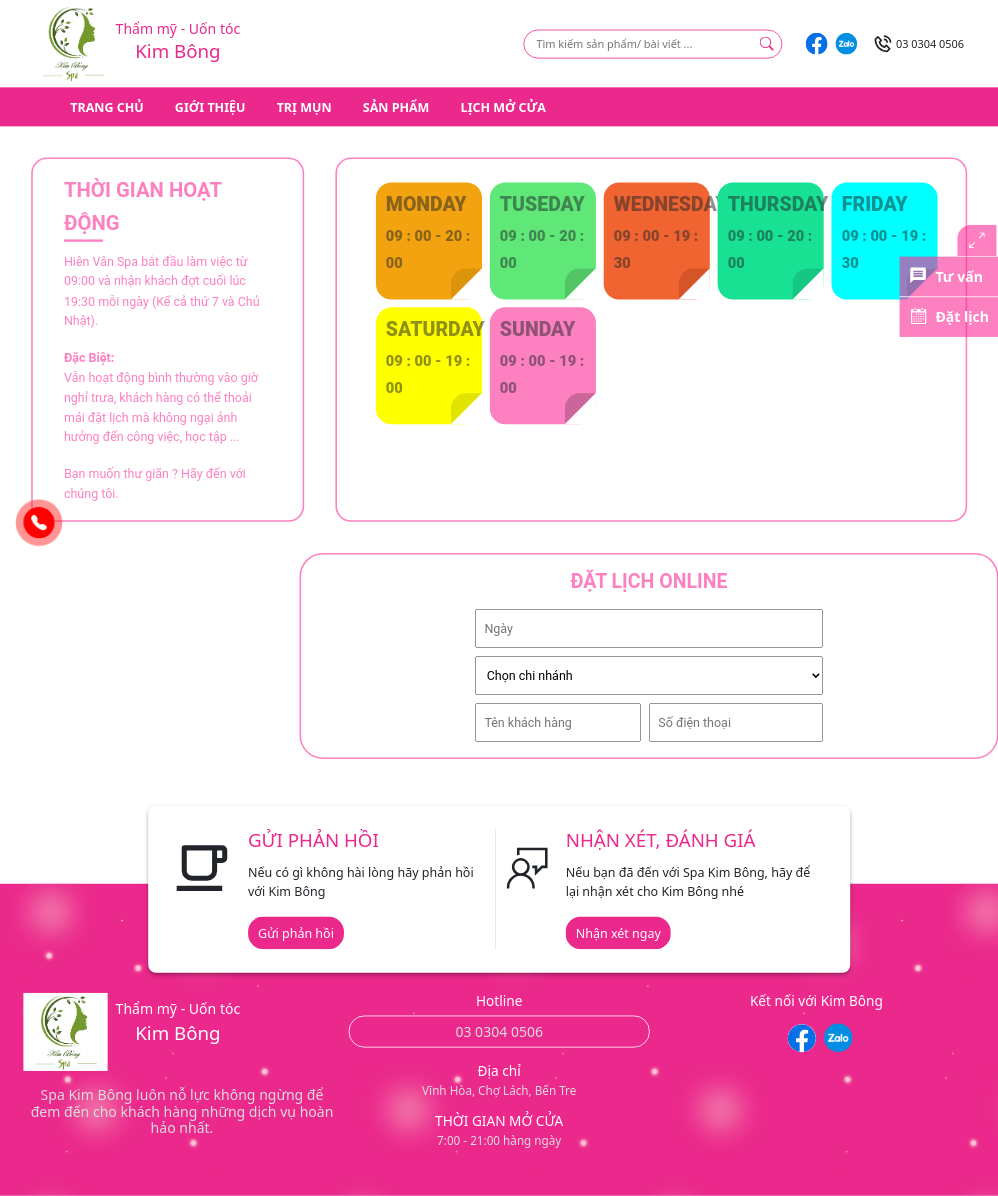
Repository: tranduykhuong/SpaKimBong
Page: /calendar
These files come from the project's save history. The page is drawn as it stood at one moment and after the next save; the edit follows.
The browser window is 1280 px wide. The pictures show the whole page, at 78% of full size.
The project was rebuilt for these pictures with package versions that can differ from the ones it lists, and the page was loaded fresh each time. Also part of the build but not shown: src/components/Banner/banner.scss, src/components/Banner/Banner.js, src/pages/Home/home.scss, src/pages/Home/ListImage/listImage.scss, src/pages/Home/ListImage/ListImage.js, src/pages/Home/BookOnline/bookOnl.scss, src/pages/Home/BookOnline/Modal/ModalBook/modalbook.scss, src/pages/Home/BookOnline/Modal/ModalBook/modalbook.js and 24 more.

Above is the page before, as saved 2022-06-07 23:05:07.

### src/components/BackToTop/BackToTop.js
import React, { useEffect, useState } from "react";
import "./backToTop.scss";
import { FaRegArrowAltCircleUp } from "react-icons/fa";

const BackToTop = () => {
  const [clicked, setClick] = useState(true);
  const [hiddenArrow, setHiddenArrow] = useState(true);

  useEffect(() => {
    const handleScroll = () => {
      if (window.scrollY > 550) setHiddenArrow(false);
      else setHiddenArrow(true);
    };
    window.addEventListener("scroll", handleScroll);
    return () => {
      window.removeEventListener("scroll", handleScroll);
    };
  }, []);

  useEffect(() => {
    window.scrollTo(0, 0);
  }, [clicked]);

  return (
    <div
      className={"backToTop " + (hiddenArrow ? "" : "show")}
      onClick={() => setClick((prev) => !prev)}
    >
      <FaRegArrowAltCircleUp className="icon" />
    </div>
  );
};

export default BackToTop;

### src/components/PhoneTool/PhoneTool.js
import React from "react";
import "./phoneTool.scss";
import { BsFillTelephoneFill } from "react-icons/bs";

const PhoneTool = () => {
  return (
    <div className="phoneTool">
      <div className="phone">
        <BsFillTelephoneFill className="iconPhone" />
      </div>
      <div className="circle"></div>
    </div>
  );
};

export default PhoneTool;

### src/components/Header/header.scss
@import '../../SCSS/base/variables.scss';
$height-navbar: 5rem;

.header {
    .mg-navbar {
        margin-bottom: $height-navbar;
    }

    .infor {
        max-width: 1200px;
        padding: .6rem 0;
        display: flex;
        justify-content: space-between;
        margin: 0 auto;

        .logo {
            display: flex;
            flex: 1;

            img {
                height: 10rem;
            }

            .nameSpa {
                color: $main-color;
                margin: auto 0;

                h4 {
                    font-size: 1.8rem;
                    font-weight: 500;
                }

                h2 {
                    font-size: 2.4rem;
                }
            }
        }


        .search {
            margin: auto 0;
            border-radius: 50px;
            border: solid .1rem $main-color;
            height: 37px;
            display: flex;

            input {
                font-size: 1.4rem;
                margin: auto 16px;
                min-width: 26rem;
                border: none;
                outline: none;
            }

            .icon {
                margin: auto 10px;
                cursor: pointer;
            }

            .iconSearch {
                width: 1.8rem;
                height: 1.8rem;
                color: $main-color;

                &:hover {
                    color: #f867b2;
                }
            }
        }

        .contact {
            display: flex;
            margin-left: 20px;

            .icon {
                margin: auto 0;
                margin-left: 10px;

            }

            .iconFacebook {
                width: 2.8rem;
                height: 2.8rem;
                color: rgba($color: #0570e6, $alpha: 1.0);
            }

            .iconZalo {
                width: 2.8rem;
                height: 2.8rem;
                border-radius: 50%;
            }

            .phone {
                margin: auto 0;
                margin-left: 20px;
                display: flex;

                .iconPhone {
                    width: 2.6rem;
                    height: 2.6rem;
                }

                h3 {
                    font-size: 1.4rem;
                    font-weight: 500;
                    margin: auto 4px;
                }
            }

        }
    }

    .fixedNavbar {
        position: fixed;
        top: 0;
        left: 0;
        z-index: 50;
        width: 100%;
        animation: fixedNavbar 1s forwards;
    }

    @keyframes fixedNavbar {
        from {
            top: -5rem;
            opacity: 0;
        }

        to {
            top: 0;
            opacity: 1;
        }
    }

    .myNavbar {
        height: $height-navbar;
        background-color: $main-color;

        .navbarContent {
            max-width: 1200px;
            margin: 0 auto;

            .navbarList {
                display: flex;
                margin: 0 1rem;
                // justify-content: space-evenly;

                li {
                    list-style: none;

                    a {
                        line-height: $height-navbar;
                        height: $height-navbar;
                        display: block;
                        color: #fff;
                        font-size: 1.6rem;
                        font-weight: 600;
                        text-decoration: none;
                        padding: 0 2rem;
                    }

                    &:hover {
                        background-color: #f844a1;
                        cursor: pointer;
                    }
                }

                .active {
                    background-color: #dd0876;
                }
            }
        }
    }
}

### src/components/ContactToolbox/contactToolbox.scss
.contactFixed {
    position: fixed;
    top: 50%;
    transform: translateY(-50%);
    right: 0;
    z-index: 100;
    cursor: pointer;

    .toolboxScroll {
        border-top-left-radius: 1.8rem;
        background-color: rgba($color: #fc2c97, $alpha: 0.6);
        width: 5rem;
        padding: 1rem;
        color: #fff;
        transform: translateX(149%);
        border-bottom: 1px solid #fff;

        .iconArrow {
            width: 2rem;
            height: 2rem;
        }
    }

    .toolboxList {
        background-color: rgba($color: #fc2c97, $alpha: 0.6);


        .toolboxItem {
            display: flex;
            padding: 1.2rem;
            color: #fff;

            p {
                font-size: 1.8rem;
                margin: 0;
                padding-left: 1rem;
                font-weight: 600;
            }
        }

        .advise {
            border-bottom: 1px solid #fff;

            .iconMessage {
                width: 2.4rem;
                height: 2.4rem;
            }
        }

        .book {

            .iconCalendar {
                width: 2.4rem;
                height: 2.4rem;
            }
        }
    }

    .hidden {
        animation: toRight 0.8s linear forwards;
    }

    .open {
        animation: toLeft 0.8s linear backwards;
    }

    @keyframes toRight {
        to {
            transform: translateX(62%);
        }
    }

    @keyframes toLeft {
        from {
            transform: translateX(62%);

        }

        to {
            transform: translateX(0);
        }
    }
}

### src/components/BackToTop/backToTop.scss
.backToTop {
    position: fixed;
    bottom: 2rem;
    right: 2rem;
    z-index: 100;
    display: none;

    .icon {
        width: 4rem;
        height: 4rem;
        color: #fa72b8;
        cursor: pointer;
    }
}

.show {
    animation: FadeIn 0.8s forwards;
    display: block;

    @keyframes FadeIn {
        from {
            bottom: 0;
        }

        to {
            bottom: 2rem;
        }
    }
}

### src/components/PhoneTool/phoneTool.scss
.phoneTool {
    position: fixed;
    width: 6rem;
    height: 6rem;
    left: 1rem;
    border-radius: 50%;
    bottom: 3rem;
    z-index: 100;
    cursor: pointer;

    .phone {
        position: absolute;
        z-index: 5;
        top: 34%;
        left: 34%;
        background-color: red;
        padding: 1rem;
        border-radius: 50%;
        animation: phoneSkin 1s infinite ease-in-out;

        .iconPhone {
            height: 2rem;
            width: 2rem;
            color: #fff;

        }

        @keyframes phoneSkin {
            0% {
                transform: rotate(0) scale(1) skew(1deg);
            }

            10% {
                transform: rotate(-25deg) scale(1) skew(1deg);
            }

            20% {
                transform: rotate(25deg) scale(1) skew(1deg);
            }

            30% {
                transform: rotate(-25deg) scale(1) skew(1deg);
            }

            40% {
                transform: rotate(25deg) scale(1) skew(1deg);
            }

            50% {
                transform: rotate(0) scale(1) skew(1deg);
            }

            100% {
                transform: rotate(0) scale(1) skew(1deg);
            }
        }
    }

    .circle {
        position: absolute;
        width: 6rem;
        height: 6rem;
        border-radius: 50%;
        top: 16%;
        left: 16%;
        background-color: rgba($color: rgb(255, 42, 42), $alpha: 0.5);
        animation: zoom 1s infinite;

        @keyframes zoom {
            0% {
                transform: scale(0.9);
            }

            70% {
                transform: scale(1);
                box-shadow: 0 0 0 15px transparent;
            }

            100% {
                transform: scale(0.9);
                box-shadow: 0 0 0 0 transparent;
            }
        }
    }
}

### src/pages/Calendar/calendar.scss
.container-calendar {
  .container-bg-calendar {
    .calendar {
      display: flex;
      width: 100%;
      text-align: left;
      padding: 4rem;
      font-family: "Roboto", sans-serif;

      .calendar-content {
        width: 30%;
        border: solid 2px #fd80c1;
        // border-bottom-left-radius: 20px;
        // border-top-left-radius: 20px;
        // border-top-right-radius: 20px;
        border-radius: 20px;
        padding: 2rem 4rem 0;
        margin-right: 4rem;
        h3 {
          margin: 0 0 13px;
          color: #fd80c1;
          font-size: 26px;
          font-weight: bold;
          line-height: 1.6;
        }

        h3:after {
          content: "";
          display: block;
          width: 5rem;
          height: 0.25rem;
          background: #fd80c1;
        }

        #special {
          color: #fd80c1;
          font-size: 16px;
          line-height: 1.6;
          margin-bottom: 0;
        }

        p {
          margin: 0 0 21px;
          color: #fd80c1;
          font-size: 16px;
          line-height: 1.6;
        }
      }

      .calendar-boxs-day {
        width: 70%;
        border: solid 2px #fd80c1;
        border-radius: 20px;
        padding: 3rem 0 2rem 5rem;

        .calendar-boxs {
          display: flex;
          width: 100%;
          flex-wrap: wrap;

          .calendar-box {
            margin: 0 1rem 1rem 0;
            width: 18%;
            height: 15rem;
            // border: solid 2px #fd80c1;
            // border-bottom-right-radius: 2rem;

            // margin: 10px;
            // width: 300px;
            // height: 200px;
            background-color: #eee;
            border-radius: 20px;
            position: relative;

            p {
              font: 40px "Roboto", sans-serif;
              font-weight: 600;
              opacity: 0.5;
              padding-left: 1.3rem;
              margin-bottom: 0;
            }
          }
          .box1 {
            background-color: rgb(243, 163, 15);

            .times {
              font: 30px "Roboto", sans-serif;
              font-weight: 600;
              opacity: 0.5;
              padding-left: 1.3rem;
              margin-bottom: 0;
            }
          }
          .box1:before {
            content: "";
            position: absolute;
            bottom: 0;
            right: 0;
            border-top: 4rem solid rgb(221, 148, 13);
            border-right: 4rem solid transparent;
            border-left: 0 solid transparent;
            border-top-left-radius: 20px;
          }
          .box1:after {
            content: "";
            position: absolute;
            bottom: 0;
            right: 0;
            border-bottom: 4rem solid white;
            border-left: 4rem solid transparent;
          }

          .box2 {
            background-color: rgb(95, 231, 120);

            .times {
              font: 30px "Roboto", sans-serif;
              font-weight: 600;
              opacity: 0.5;
              padding-left: 1.3rem;
              margin-bottom: 0;
            }
          }
          .box2:before {
            content: "";
            position: absolute;
            bottom: 0;
            right: 0;
            border-top: 4rem solid rgb(82, 198, 103);
            border-right: 4rem solid transparent;
            border-left: 0 solid transparent;
            border-top-left-radius: 20px;
          }
          .box2:after {
            content: "";
            position: absolute;
            bottom: 0;
            right: 0;
            border-bottom: 4rem solid white;
            border-left: 4rem solid transparent;
          }

          .box3 {
            background-color: rgb(240, 100, 49);

            .times {
              font: 30px "Roboto", sans-serif;
              font-weight: 600;
              opacity: 0.5;
              padding-left: 1.3rem;
              margin-bottom: 0;
            }
          }
          .box3:before {
            content: "";
            position: absolute;
            bottom: 0;
            right: 0;
            border-top: 4rem solid rgb(212, 86, 40);
            border-right: 4rem solid transparent;
            border-left: 0 solid transparent;
            border-top-left-radius: 20px;
          }
          .box3:after {
            content: "";
            position: absolute;
            bottom: 0;
            right: 0;
            border-bottom: 4rem solid white;
            border-left: 4rem solid transparent;
          }

          .box4 {
            background-color: rgb(24, 225, 148);

            .times {
              font: 30px "Roboto", sans-serif;
              font-weight: 600;
              opacity: 0.5;
              padding-left: 1.3rem;
              margin-bottom: 0;
            }
          }
          .box4:before {
            content: "";
            position: absolute;
            bottom: 0;
            right: 0;
            border-top: 4rem solid rgb(21, 199, 131);
            border-right: 4rem solid transparent;
            border-left: 0 solid transparent;
            border-top-left-radius: 20px;
          }
          .box4:after {
            content: "";
            position: absolute;
            bottom: 0;
            right: 0;
            border-bottom: 4rem solid white;
            border-left: 4rem solid transparent;
          }

          .box5 {
            background-color: aqua;

            .times {
              font: 30px "Roboto", sans-serif;
              font-weight: 600;
              opacity: 0.5;
              padding-left: 1.3rem;
              margin-bottom: 0;
            }
          }
          .box5:before {
            content: "";
            position: absolute;
            bottom: 0;
            right: 0;
            border-top: 4rem solid rgb(0, 213, 213);
            border-right: 4rem solid transparent;
            border-left: 0 solid transparent;
            border-top-left-radius: 20px;
          }
          .box5:after {
            content: "";
            position: absolute;
            bottom: 0;
            right: 0;
            border-bottom: 4rem solid white;
            border-left: 4rem solid transparent;
          }

          .box6 {
            background-color: yellow;

            .times {
              font: 30px "Roboto", sans-serif;
              font-weight: 600;
              opacity: 0.5;
              padding-left: 1.3rem;
              margin-bottom: 0;
            }
          }
          .box6:before {
            content: "";
            position: absolute;
            bottom: 0;
            right: 0;
            border-top: 4rem solid rgb(227, 227, 1);
            border-right: 4rem solid transparent;
            border-left: 0 solid transparent;
            border-top-left-radius: 20px;
          }
          .box6:after {
            content: "";
            position: absolute;
            bottom: 0;
            right: 0;
            border-bottom: 4rem solid white;
            border-left: 4rem solid transparent;
          }

          .box7 {
            background-color: #fd80c1;

            .times {
              font: 30px "Roboto", sans-serif;
              font-weight: 600;
              opacity: 0.5;
              padding-left: 1.3rem;
              margin-bottom: 0;
            }
          }
          .box7:before {
            content: "";
            position: absolute;
            bottom: 0;
            right: 0;
            border-top: 4rem solid #ca669a;
            border-right: 4rem solid transparent;
            border-left: 0 solid transparent;
            border-top-left-radius: 20px;
          }
          .box7:after {
            content: "";
            position: absolute;
            bottom: 0;
            right: 0;
            border-bottom: 4rem solid white;
            border-left: 4rem solid transparent;
          }
        }
      }
    }

    .book-calendar {
      display: flex;
      width: 100%;
      font-family: "Roboto", sans-serif;
      // padding-left: 5rem;

      .book-calendar-content {
        width: 30%;
      }

      .book-calendar-form {
        width: 70%;
        border: solid 2px #fd80c1;
        border-radius: 30px;

        .book-title{
          p{
            font-size: 40px;
            font-weight: 500;
            color: #fd80c1;
          }
        }

        .day-book {
          margin-bottom: 1rem;

          input {
            padding: 1rem;
            font-size: 16px;
            width: 50%;
            height: 5rem;
          }
        }

        .branch {
          margin-bottom: 1rem;

          select {
            padding: 1rem;
            font-size: 16px;
            width: 50%;
            height: 5rem;

            option {
              font-size: 16px;
            }
          }
        }

        .name-tel {
          display: flex;
          text-align: center;
          justify-content: center;
          margin-bottom: 2rem;

          .name-cus {
            width: 25%;
            padding-right: 1rem;
            input {
              padding: 1rem;
              font-size: 16px;
              width: 100%;
              height: 5rem;
            }
          }

          .tel-cus {
            width: 25%;

            input {
              padding: 1rem;
              font-size: 16px;
              width: 100%;
              height: 5rem;
            }
          }
        }
      }
    }
  }
}

### src/SCSS/base/variables.scss
$main-color: #eb288c;
$text-color: #444;
$title-color: #fff;

### src/components/Footer/footer.scss
@import '../../SCSS/base/variables.scss';

.footer {
    background-image: url(../../../public/img/sparkle1.png), url(../../../public/img/sparkle2.png);
    width: 100%;
    height: 400px;
    background-color: $main-color;
    animation: sparkle 60s linear infinite;
    padding: 14rem 3rem 0;
    display: flex;
    justify-content: space-around;
    position: relative;
    margin-top: 16rem;

    .logo {
        flex: 1;

        .info {
            display: flex;

            img {
                height: 10rem;
            }

            .nameSpa {
                color: $title-color;
                margin: 1rem;

                h4 {
                    font-size: 1.8rem;
                    font-weight: 500;
                }

                h2 {
                    font-size: 2.4rem;
                }
            }
        }

        h5 {
            margin: 2rem .6rem;
            font-size: 1.8rem;
            font-weight: 400;
            color: #ddd;
        }
    }

    .contact {
        flex: 1;
        text-align: center;

        h3 {
            margin-bottom: 1.8rem;
            color: $title-color;
        }

        .icon {
            margin: auto 0;
            margin-left: 10px;

        }

        .iconFacebook {
            width: 3.6rem;
            height: 3.6rem;
            color: rgba($color: #0570e6, $alpha: 1.0);
            background-color: $title-color;
            border-radius: 50%;
        }

        .iconZalo {
            width: 3.7rem;
            height: 3.7rem;
            border-radius: 50%;
        }
    }

    .address {
        color: #ddd;
        flex: 1;
        text-align: center;

        h3 {
            // margin-bottom: 2rem;
            color: $title-color;
        }

        h4 {
            margin-bottom: 2rem;
        }

        .hotline {
            padding: .6rem;
            font-size: 1.8rem;
            margin: .8rem 1rem 2rem;
            border: 1px solid $title-color;
            border-radius: 2rem;

            &:hover {
                color: $title-color;
                cursor: pointer;
            }
        }
    }

    @keyframes sparkle {
        0% {
            background-position: 0px 0px, 0px 0px, 0px 0px;
        }

        100% {
            background-position: -500px -1000px, -400px -400px, 300px 300px;
        }
    }

    .subFooter {
        width: 100%;
        max-width: 90rem;
        min-height: 20rem;
        box-shadow: 0 3px 6px -4px rgba(0, 0, 0, 0.2), 0 3px 6px rgba(0, 0, 0, 0.3);

        background-color: #fff;
        border-radius: 1rem;
        z-index: 50;
        top: -10rem;
        left: 50%;
        transform: translateX(-50%);
        position: absolute;
        display: flex;
        padding: 3rem;
        justify-content: space-around;

        .report,
        .feedback {
            display: flex;
            flex: 1;
            justify-content: center;
            text-align: left;

            h3 {
                text-transform: uppercase;
                font-size: 2.4rem;
                color: $main-color;
            }

            p {
                font-size: 1.6rem;
                padding: 1rem 1.4rem 1rem 0;
            }

            .icon {
                height: 10rem;
                width: 10rem;
                margin-right: 2rem;
            }

            .btn {
                padding: 0.8rem 1.2rem;
                background-color: $main-color;
                border-radius: 2rem;
                font-size: 1.6rem;
                color: #fff;

                &:hover {
                    background-color: #cc1574;
                }
            }
        }

        .report {
            border-right: 1px solid #ddd;
        }

        .feedback {
            margin-left: 1rem;
        }
    }
}

Loaded but not shown: public/index.html (common file); src/index.js (common file); src/index.css (common file); src/reportWebVitals.js (common file); src/App.scss (common file); src/pages/Calendar/Calendar.js (136 lines, source omitted); src/components/Header/Header.js (92 lines, source omitted); src/components/Footer/Footer.js (68 lines, source omitted); src/App.js (35 lines, source omitted); src/components/ContactToolbox/ContactToolbox.js (29 lines, source omitted)

After the next save:
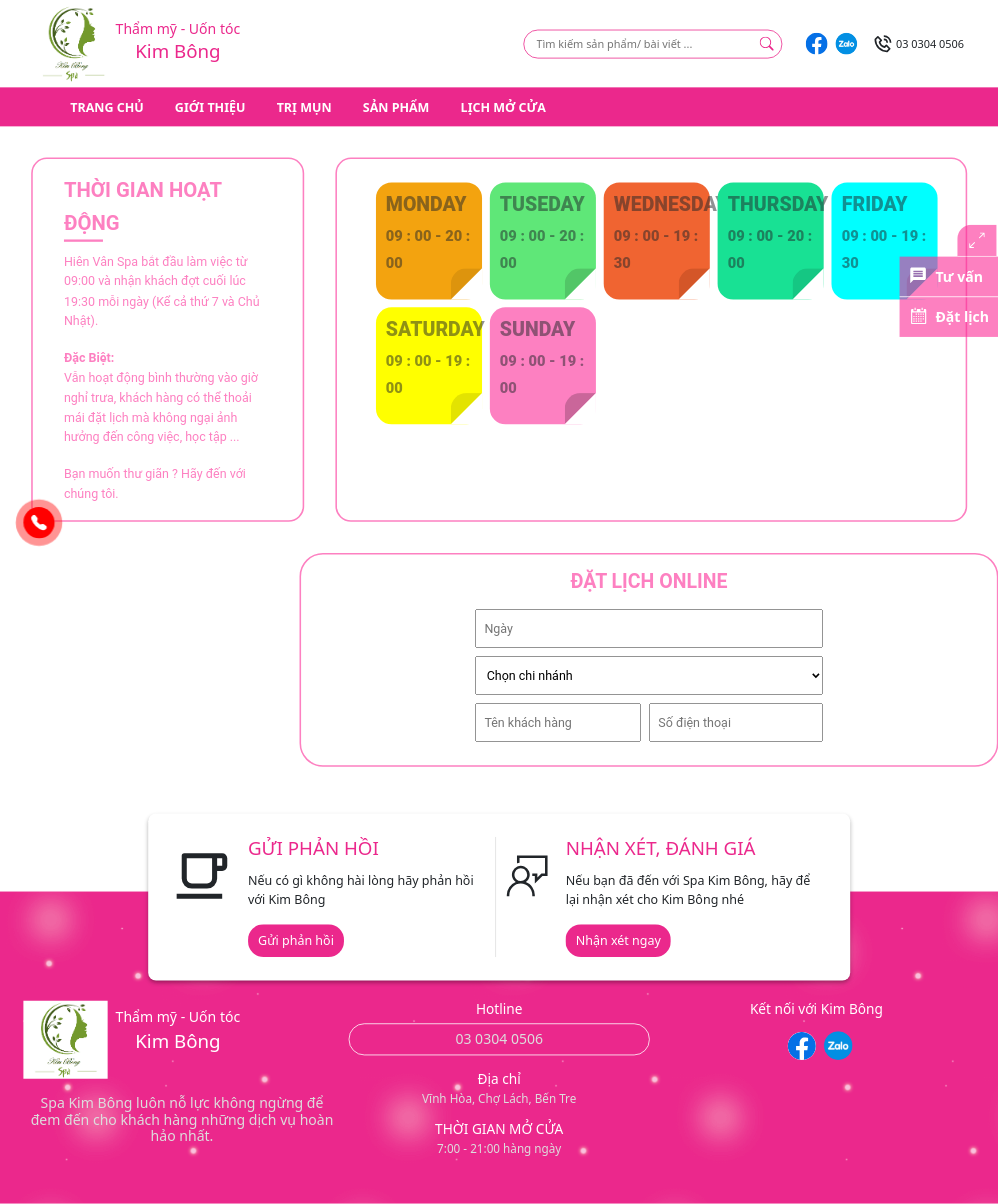
Saved 7 s later.
--- a/src/pages/Calendar/calendar.scss
+++ b/src/pages/Calendar/calendar.scss
@@ -346,7 +346,7 @@
           display: flex;
           text-align: center;
           justify-content: center;
-          margin-bottom: 2rem;
+          margin-bottom: 3rem;
 
           .name-cus {
             width: 25%;
